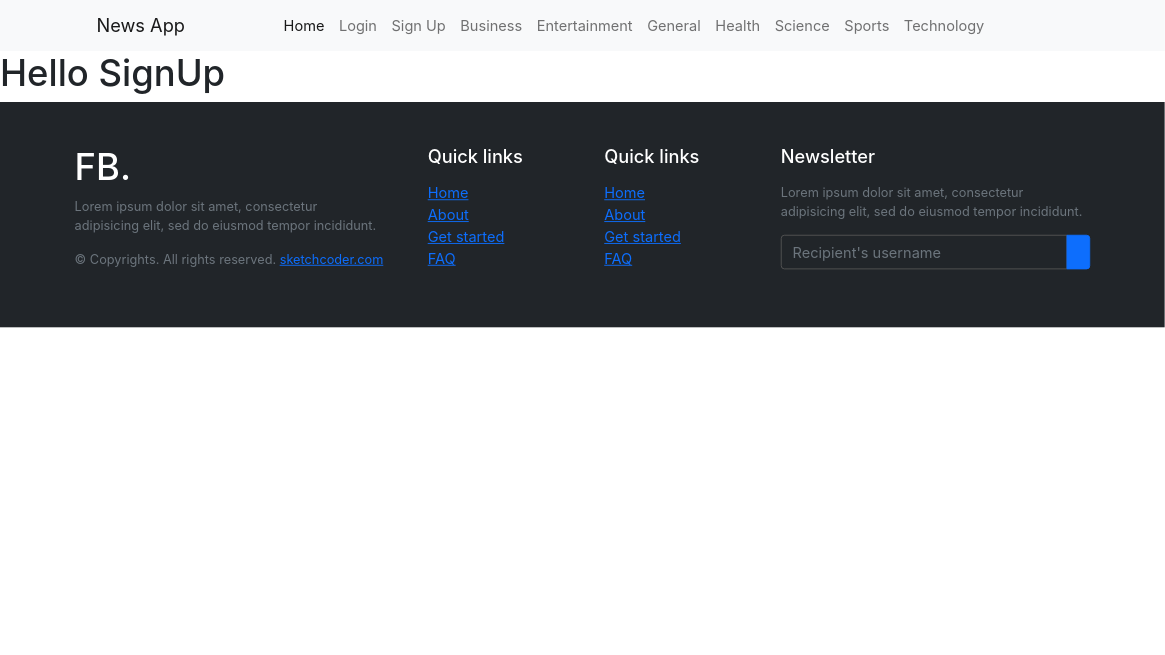
Repository: ZainAkbar51214/News-Site
Page: /sign-up
The author's editor kept a copy of each file at every save. The page is drawn from the files as they stood at one save, then again after the next save.
The browser window is 1280 px wide. The pictures show the whole page, at 91% of full size.
Pictures or frames that could not be fetched are drawn as grey boxes. The project was rebuilt for these pictures with package versions that can differ from the ones it lists, and the page was loaded fresh each time. Also part of the build but not shown: src/Components/pages/Login.jsx, src/Components/Layouts/NewsItem.js, src/Components/Spinner.jsx, src/Components/Layouts/News.js.

Above is the page before, as saved 2023-12-18 03:52:47.

After the next save:
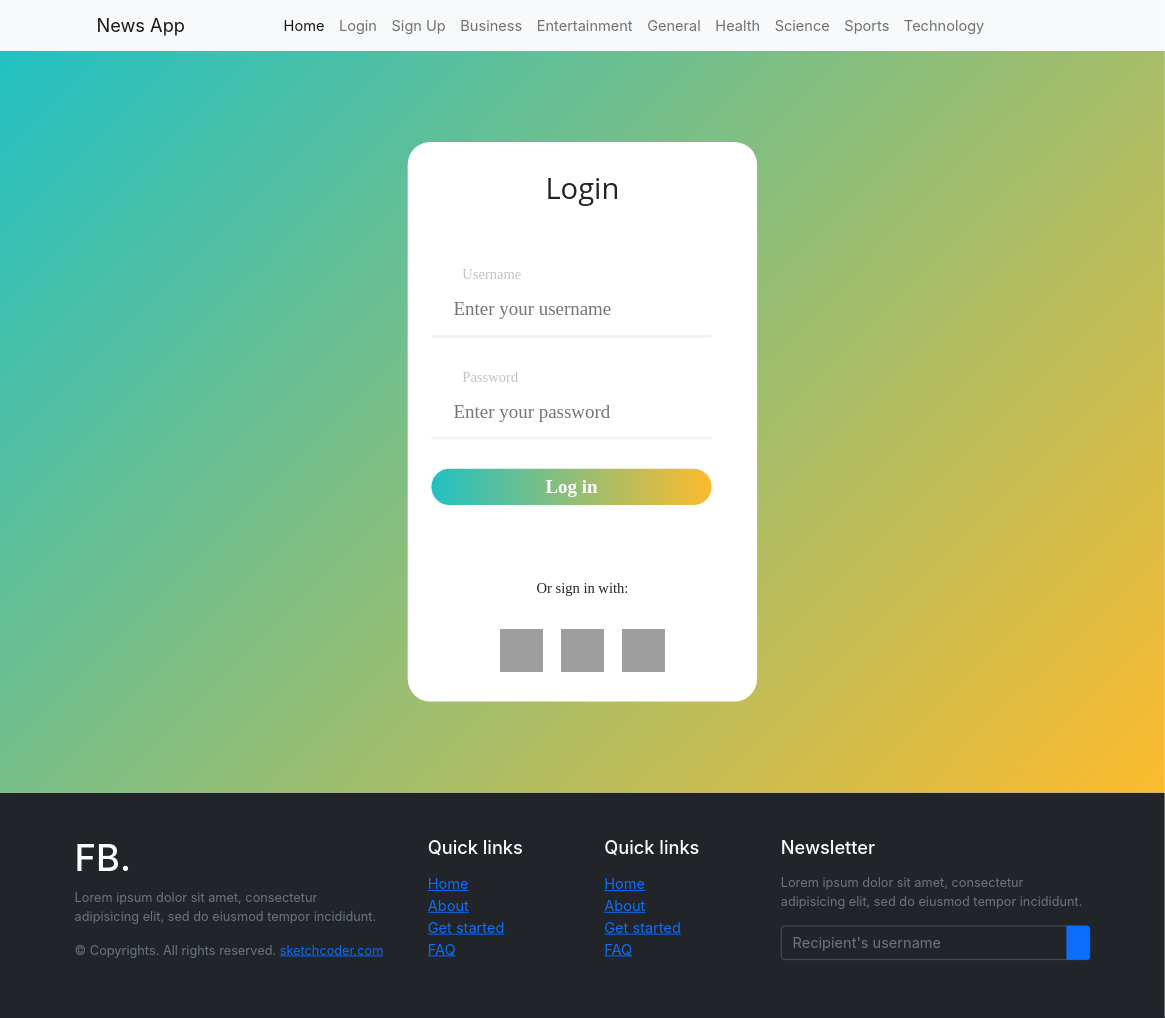
Saved 2 min 27 s later.
--- a/src/Components/pages/SignUp.jsx
+++ b/src/Components/pages/SignUp.jsx
@@ -1,13 +1,70 @@
 import React, { Component } from 'react';
+// import { Link } from 'react-router-dom';
 
-class SignUp extends Component {
-    render() {
-        return (
-            <div>
-                <h1>Hello SignUp</h1>
-            </div>
-        );
-    }
+
+class SignUp extends Component{
+  render(){
+    return(
+      <div className='container-fluid bg-login'>
+        <div id="loginform">
+        <FormHeader title="Login" />
+        <Form />
+        <OtherMethods />
+      </div>
+      </div>
+    )
+  }
 }
 
+const FormHeader = props => (
+    <h2 id="headerTitle">{props.title}</h2>
+);
+
+
+const Form = props => (
+   <div>
+     <FormInput description="Username" placeholder="Enter your username" type="text" />
+     <FormInput description="Password" placeholder="Enter your password" type="password"/>
+     <FormButton title="Log in"/>
+   </div>
+);
+
+const FormButton = props => (
+  <div id="button" className="row row-lab">
+    <button>{props.title}</button>
+  </div>
+);
+
+const FormInput = props => (
+  <div className="row row-lab">
+    <label>{props.description}</label>
+    <input type={props.type} placeholder={props.placeholder}/>
+  </div>
+);
+
+const OtherMethods = props => (
+  <div id="alternativeLogin">
+    <label>Or sign in with:</label>
+    <div id="iconGroup">
+      <Facebook />
+      <Twitter />
+      <Google />
+    </div>
+  </div>
+);
+
+const Facebook = props => (
+  <a href="#" id="facebookIcon"></a>
+);
+
+const Twitter = props => (
+  <a href="#" id="twitterIcon"></a>
+);
+
+const Google = props => (
+  <a href="#" id="googleIcon"></a>
+);
+
+
+
 export default SignUp;
